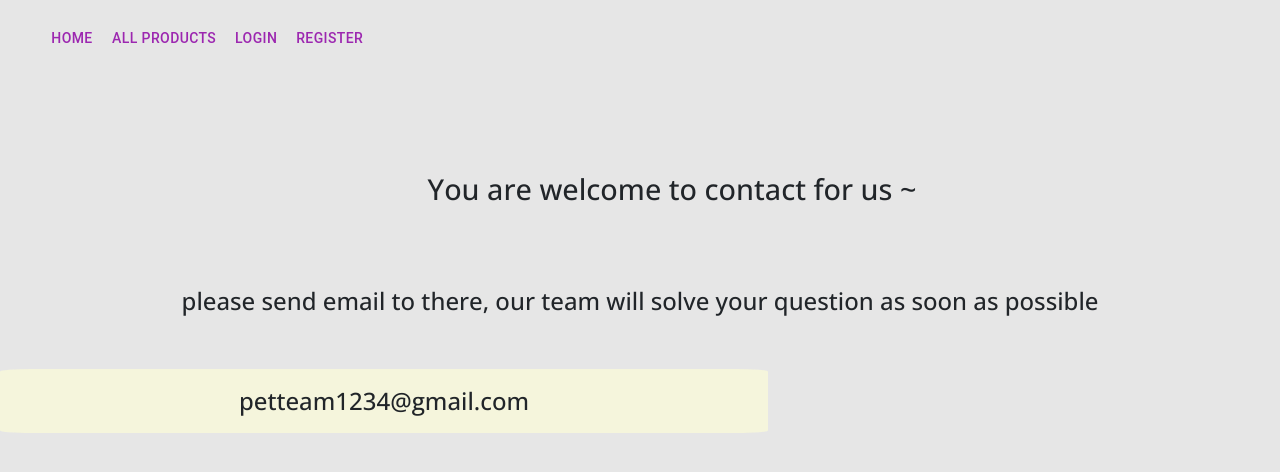
Repository: dzwfighting/pet
Page: /contact
An editor plug-in stored every save of this project. The page is shown before and after the next save, followed by the edit.
The browser window is 1280 px wide. The pictures show the whole page.
The project was rebuilt for these pictures with package versions that can differ from the ones it lists, and the page was loaded fresh each time. Also part of the build but not shown: src/components/homeComponent.js, src/components/Layout.js, src/components/checkoutComponent.js, src/fake-data/products.js, src/styles/css/cart.css, src/components/ShopCartComponent.js, src/components/productsDetail.js, src/manipulate/checkValid.js and 10 more.

Above is the page before, as saved 2023-08-20 10:17:13.

### src/index.js
import React from "react";
import ReactDOM from "react-dom/client";
import "./index.css";
import App from "./App";
import { Provider } from "react-redux";
import store from "./manipulate/store";
import reportWebVitals from "./reportWebVitals";

const root = ReactDOM.createRoot(document.getElementById("root"));
root.render(
  <Provider store={store}>
    <React.StrictMode>
      <App />
    </React.StrictMode>
  </Provider>
);

// If you want to start measuring performance in your app, pass a function
// to log results (for example: reportWebVitals(console.log))
// or send to an analytics endpoint. Learn more: https://bit.ly/CRA-vitals
reportWebVitals();

### src/App.js
import "./App.css";
import { BrowserRouter, Routes, Route } from "react-router-dom";
import Layout from "./components/Layout";
import Checkout from "./components/checkoutComponent";
import ShopCart from "./components/ShopCartComponent";
import ProductsDetail from "./components/productsDetail";
import Register from "./components/Register";
import Login from "./components/Login";
import Error from "./components/Error";
import Collections from "./components/Collections";
import Contactus from "./components/Contactus";
import Products from "./components/Products";

function App() {
  return (
    <BrowserRouter>
      <Routes>
        <Route path="/" element={<Layout />} />
        <Route path="checkout" element={<Checkout />} />
        <Route path="shopcart" element={<ShopCart />} />
        <Route path="contact" element={<Contactus />} />
        <Route path="products" element={<Products />} />
        <Route path="products/:id" element={<ProductsDetail />} />
        <Route path="register" element={<Register />} />
        <Route path="login" element={<Login />} />
        <Route path="error/:message" element={<Error />} />
        <Route path="collections" element={<Collections />} />
      </Routes>
    </BrowserRouter>
  );
}

export default App;

### src/manipulate/store.js
import { createStore } from "redux";
import rootReducer from "./reducer";

export default createStore(rootReducer);

### src/components/Contactus.js
import React from "react";
import NavComponent from "./navComponent";
import Container from "react-bootstrap/Container";
import Row from "react-bootstrap/Row";
import Col from "react-bootstrap/Col";
import "../styles/css/contact.css";
import cat11 from "../styles/images/cat11-removebg-preview.png";

const Contactus = () => {
  return (
    <div>
      <NavComponent />
      <div className="contactContainerSet">
        <h3>You are welcome to contact for us ~</h3>
        <p>
          please send email to there, our team will solve your question as soon
          as possible
        </p>
        <div className="emailBlock">petteam1234@gmail.com</div>
      </div>
    </div>
  );
};

export default Contactus;

### src/manipulate/reducer.js
import users from "../fake-data/users";

const initialState = {
  curUser: null,
  // cartItems: [],
  // totalQuantity: 0,
  // totalAmount: 0,
  // collectItems: [],
};

const rootReducer = (state = initialState, action) => {
  switch (action.type) {
    case "LOGIN":
      return {
        ...state,
        curUser: action.payload,
      };
    case "LOGOUT":
      return {
        ...state,
        curUser: null,
      };
    case "REGISTER":
      users.push(action.payload);
      return {
        ...state,
        curUser: action.payload,
      };
    // case "ADDCART":
    //   const newItem = action.payload;
    //   const existItem = state.cartItems.find((item) => item.id === newItem.id);
    //   state.totalQuantity++;
    //   if (!existItem) {
    //     state.cartItems.push({
    //       id: newItem.id,
    //       title: newItem.title,
    //       iamge: newItem.image,
    //       price: newItem.price,
    //       quantity: 1,
    //       totalPrice: newItem.price,
    //     });
    //   } else {
    //     existItem.quantity++;
    //     existItem.totalPrice =
    //       Number(existItem.totalPrice) + Number(newItem.price);
    //   }

    //   state.totalAmount = state.cartItems.reduce(
    //     (total, item) => total + Number(item.price) * Number(item.quantity),
    //     0
    //   );
  }
  return state;
};
export default rootReducer;

### src/components/navComponent.js
import React, { useEffect } from "react";
import { Link, useNavigate } from "react-router-dom";
import Button from "@mui/material/Button";
import { useDispatch, useSelector } from "react-redux";
import { logout } from "../manipulate/action";

const NavComponent = () => {
  const curUser = useSelector((state) => state.curUser);
  const dispatch = useDispatch();
  const navigate = useNavigate();

  const handleLogout = () => {
    dispatch(logout());
    navigate("/");
  };

  // console.log(curUser);

  return (
    <div style={{ marginLeft: "40px", marginTop: "20px", marginRight: "40px" }}>
      <Link to="/" style={{ textDecoration: "none" }}>
        <Button color="secondary">Home</Button>
      </Link>

      <Link
        to="/products"
        state={{ category: "all" }}
        style={{ textDecoration: "none" }}
      >
        <Button color="secondary">All Products</Button>
      </Link>
      {curUser ? (
        <Link to="/shopcart" style={{ textDecoration: "none" }}>
          <Button color="secondary">Shop Cart</Button>
        </Link>
      ) : (
        <a />
      )}
      {curUser ? (
        <Link to="/collections" style={{ textDecoration: "none" }}>
          <Button color="secondary">Collections</Button>
        </Link>
      ) : (
        <a />
      )}
      {/* {curUser ? (
        <Link to="/checkout" style={{ textDecoration: "none" }}>
          <Button color="secondary">Check Out </Button>
        </Link>
      ) : (
        <a />
      )} */}
      {curUser ? (
        <Button color="secondary" onClick={handleLogout}>
          Logout
        </Button>
      ) : (
        <Link to="/login" style={{ textDecoration: "none" }}>
          <Button color="secondary">Login</Button>
        </Link>
      )}
      {curUser ? (
        <a />
      ) : (
        <Link to="/register" style={{ textDecoration: "none" }}>
          <Button color="secondary">Register</Button>
        </Link>
      )}
    </div>
  );
};

export default NavComponent;

### src/fake-data/users.js
let users = [
  {
    email: "user1@gmail.com",
    password: "123456",
    collections: ["11"],
    cart: [{ proId: "11", cnt: "2" }],
    uploads: [
      "https://images.unsplash.com/photo-1526336024174-e58f5cdd8e13?ixlib=rb-4.0.3&ixid=M3wxMjA3fDB8MHxwaG90by1wYWdlfHx8fGVufDB8fHx8fA%3D%3D&auto=format&fit=crop&w=1887&q=80",
    ],
  },
  {
    email: "user2@gmail.com",
    password: "123456",
    collections: ["12", "13"],
    cart: [
      { proId: "12", cnt: "1" },
      { proId: "13", cnt: "2" },
    ],
    uploads: [
      "https://images.unsplash.com/photo-1526336024174-e58f5cdd8e13?ixlib=rb-4.0.3&ixid=M3wxMjA3fDB8MHxwaG90by1wYWdlfHx8fGVufDB8fHx8fA%3D%3D&auto=format&fit=crop&w=1887&q=80",
      "https://images.unsplash.com/photo-1542650507-17d51cecbbb5?ixlib=rb-4.0.3&ixid=M3wxMjA3fDB8MHxwaG90by1wYWdlfHx8fGVufDB8fHx8fA%3D%3D&auto=format&fit=crop&w=1942&q=80",
    ],
  },
];

let findUser = (email) => {
  let userIdx = 0;
  for (let i = 0; i < users.length; i++) {
    if (users[i].email === email) {
      userIdx = i;
      break;
    }
  }
  return userIdx;
};

export const findUserData = (email) => {
  let userIdx = findUser(email);
  return users[userIdx];
};

export let addCollect = (email, collect) => {
  let userIdx = findUser(email);

  // console.log("add succes");
  users[userIdx].collections.push(collect);
  console.log(users[userIdx]);
  return users[userIdx];
};

export let deleteCollect = (email, delId) => {
  let userIdx = findUser(email);

  let delIdx = 0;
  for (let i = 0; i < users[userIdx].collections.length; i++) {
    if (users[userIdx].collections[i] === delId) {
      delIdx = i;
      break;
    }
  }

  users[userIdx].collections.splice(delIdx, 1);
  console.log("del success");
  console.log(users[userIdx].collections);
  return users[userIdx];
};

export let addCart = (email, addId) => {
  let userIdx = findUser(email);
  let ifFind = false;
  for (let i = 0; i < users[userIdx].cart.length; i++) {
    if (users[userIdx].cart[i].proId === addId) {
      ifFind = true;
      users[userIdx].cart[i].cnt = (
        Number(users[userIdx].cart[i].cnt) + 1
      ).toString();
      break;
    }
  }

  if (!ifFind) {
    users[userIdx].cart.push({ proId: addId, cnt: "1" });
  }
  console.log(users[userIdx]);
  return users[userIdx];
};

export const delCart = (email, delId) => {
  let userIdx = findUser(email);
  for (let i = 0; i < users[userIdx].cart.length; i++) {
    if (users[userIdx].cart[i].proId === delId) {
      users[userIdx].cart.splice(i, 1);
      break;
    }
  }
  console.log(users[userIdx]);
  return users[userIdx];
};

export const delOnePro = (email, delId) => {
  let userIdx = findUser(email);
  console.log(delId);
  console.log(users[userIdx]);
  for (let i = 0; i < users[userIdx].cart.length; i++) {
    if (users[userIdx].cart[i].proId === delId) {
      console.log("start delete");
      let delOne = Number(users[userIdx].cart[i].cnt) - 1;
      console.log(delOne);
      if (delOne == 0) {
        delCart(email, delId);
        break;
      } else {
        users[userIdx].cart[i].cnt = delOne.toString();
        break;
      }
    }
  }
  console.log(users[userIdx]);
  return users[userIdx];
};
export default users;

### src/styles/css/prodetail.css
@import url("https://fonts.googleapis.com/css2?family=Open+Sans:wght@500&display=swap");
.detailcard {
  display: flex;
  position: relative;
  font-family: "Open Sans", sans-serif;
  width: 100vw;
  left: 1vw;
  right: 1vw;
}
.detailcardimg {
  width: 25vw;
  height: 40vw;
}
.detailcontent {
  width: 66vw;
}
.detailcontent h2 {
  margin-bottom: 1vw;
}
.detailcontent p {
  margin-left: 1vw;
  text-align: left;
  padding-right: 1vw;
  padding-bottom: 1vw;
  width: 66vw;
  font-size: 1rem;
}

@media screen and (min-width: 1105px) {
  .detailcardimg {
    width: 300px;
    height: 380px;
  }
  .detailfinalBtn {
    margin-top: -5px;
  }
}

@media screen and (min-width: 917px) and (max-width: 1105px) {
  .detailcardimg {
    width: 28vw;
    height: 450px;
  }
  .detailcontent {
    width: 27vw;
  }
  .detailcontent h2 {
    font-size: 1rem;
  }
  .detailcontent p {
    font-size: 0.8rem;
  }
  .detailfinalBtn {
    margin-top: 5px;
  }
}

@media screen and (min-width: 771px) and (max-width: 917px) {
  /* .detailcardimg {
    width: 28vw;
    height: 45vw;
  } */
  .detailcontent h2 {
    margin-bottom: 5px;
    font-size: 1rem;
  }
  .detailcontent p {
    margin-left: 5px;
    padding-right: 5px;
    padding-bottom: 0px;
    width: 66vw;
    font-size: 0.7rem;
  }
}
@media screen and (min-width: 615px) and (max-width: 771px) {
  .detailcardimg {
    width: 20vw;
    height: 30vw;
  }
  .detailcontent h2 {
    margin-bottom: 5px;
    font-size: 0.9rem;
  }
  .detailcontent p {
    margin-left: 5px;
    padding-right: 0;
    padding-bottom: 0px;
    width: 66vw;
    font-size: 0.5rem;
  }
}
@media screen and (min-width: 480px) and (max-width: 615px) {
  .detailcard {
    display: block;
  }
  .detailcardimg {
    position: relative;
    left: 2%;
    width: 25vw;
    height: 35vw;
  }
  .detailcontent {
    width: 95vw;
  }
  .detailcontent h2 {
    width: 95vw;
    margin-left: 0;
    margin-bottom: 2px;
    font-size: 0.9rem;
  }
  .detailcontent p {
    margin-left: 2px;
    padding-right: 0;
    padding-bottom: 0px;
    width: 90vw;
    font-size: 0.7rem;
  }
  .detailfinalBtn {
    font-size: 0.7rem;
  }
}
@media screen and (min-width: 200px) and (max-width: 480px) {
  .detailcard {
    display: block;
  }
  .detailcardimg {
    position: relative;
    left: 2%;
    width: 25vw;
    height: 35vw;
  }
  .detailcontent {
    width: 95vw;
  }
  .detailcontent h2 {
    width: 90vw;
    margin-left: 0;
    margin-bottom: 2px;
    font-size: 0.9rem;
  }
  .detailcontent p {
    margin-left: 2px;
    padding-right: 0;
    padding-bottom: 0px;
    width: 90vw;

    font-size: 0.7rem;
  }
  .detailfinalBtn {
    font-size: 0.7rem;
  }
}

### src/manipulate/action.js
export const login = (user) => ({
  type: "LOGIN",
  payload: user,
});

export const logout = () => ({
  type: "LOGOUT",
});

export const register = (newUser) => ({
  type: "REGISTER",
  payload: newUser,
});

// export const addToCart = (item) => ({
//   type: "ADDTOCART",
//   payload: item,
// });

// export const deleteFromCard = (item) => ({
//   typeof: "DELETEFROMCART",
//   payload: item,
// });

// export const addToCollect = (item) => ({
//   type: "ADDTOCOLLECT",
//   payload: item,
// });

// export const deleteFromColllect = (item) => ({
//   type: "DELETEFROMCOLLECT",
//   payload: item,
// });

### src/styles/css/login.css
@import url("https://fonts.googleapis.com/css2?family=Open+Sans:wght@500&display=swap");
.formSet {
  display: flex;
  margin-left: 5%;
  align-items: center;
  font-family: "Open Sans", sans-serif;
}
.lableSet {
  font-size: 2rem;
}

.inputSet {
  font-size: 1rem;
  width: 800px;
}

.loginbtnSet {
  align-items: center;
  justify-content: center;
  width: 100px;
  height: 40px;
  /* font-size: 1.1rem; */
}
.pSet {
  font-size: 1.2rem;
}

@media screen and (min-width: 1025px) {
  .formSet {
    display: flex;
    margin-left: 5%;
    align-items: center;
    font-family: "Open Sans", sans-serif;
  }
  .lableSet {
    font-size: 2rem;
  }

  .inputSet {
    text-align: left;
    font-size: 1rem;
    width: 600px !important;
  }
  .loginbtnSet {
    height: 35px !important;
  }

  .regSet {
    width: 100px !important;
    padding-top: 6px;
    height: 37px !important;
  }
  .loginbtnSet p {
    width: 70px;
  }
  .pSet {
    font-size: 1.2rem !important;
  }
}
@media screen and (min-width: 769px) and (max-width: 1024px) {
  .formSet {
    display: flex;
    margin-left: 5%;
    align-items: center;
    font-family: "Open Sans", sans-serif;
  }
  .lableSet {
    font-size: 1.5rem;
  }
  .inputSet {
    font-size: 0.9rem !important;
    width: 700px !important;
  }
  .loginbtnSet {
    width: 65px;
    height: 38px;
    font-size: 0.9rem;
  }

  .regSet {
    width: 80px;
    padding-left: 6px;
    height: 38px;
  }
  .regSet p {
    margin-left: 2px;
    font-size: 0.9rem;
  }
  .pSet {
    font-size: 1rem;
  }
}
@media screen and (min-width: 481px) and (max-width: 768px) {
  .formSet {
    display: flex;
    margin-left: 5%;
    align-items: center;
    font-family: "Open Sans", sans-serif;
  }
  .lableSet {
    font-size: 1.5rem;
  }
  .inputSet {
    font-size: 0.9rem !important;
    width: 700px !important;
  }
  .loginbtnSet {
    width: 70px;
    /* padding-top: 1px;
    padding-left: 21px; */
    height: 38px;
    font-size: 0.9rem;
  }
  .regSet {
    width: 88px;
    /* padding-top: 2px;
    padding-left: 25px; */
    height: 37px;
    font-size: 0.9rem;
  }
}
@media screen and (max-width: 481px) {
  .formSet {
    display: flex;
    margin-left: 5%;
    align-items: center;
    font-family: "Open Sans", sans-serif;
    margin-top: 50px !important;
  }
  .lableSet {
    font-size: 1rem;
  }
  .inputSet {
    font-size: 0.8rem;
    width: 200px;
    height: 40px;
  }
  .loginbtnSet {
    align-items: center;
    justify-content: center;
    width: 56px;
    height: 28px;
    font-size: 0.7rem;
  }
  .pSet {
    font-size: 0.8rem;
  }
  .regSet {
    width: 66px;
    /* padding-left: 16px; */
    height: 30px;
    font-size: 0.7rem;
  }
}

### src/styles/css/contact.css
@import url("https://fonts.googleapis.com/css2?family=Open+Sans:wght@500&display=swap");
.contactContainerSet h3 {
  display: flex;
  justify-content: center;
  align-items: center;
  font-family: "Open Sans", sans-serif;
  margin-top: 9%;
  margin-left: 5%;
  font-size: 1.8rem;
}
.contactContainerSet p {
  text-align: center;
  font-family: "Open Sans", sans-serif;
  margin-top: 6%;
  font-size: 1.5rem;
}

.emailBlock {
  display: flex;
  align-items: center;
  text-align: center;
  justify-content: center;
  font-family: "Open Sans", sans-serif;
  width: 60vw;
  height: 5vw;
  background-color: beige;
  border-radius: 4%;
  font-size: 1.5rem;
  margin-top: 50px;
}

@media screen and (min-width: 769px) and (max-width: 1024px) {
  .contactContainerSet h3 {
    display: flex;
    justify-content: center;
    align-items: center;
    width: calc(100% - 10px);
    font-family: "Open Sans", sans-serif;
    margin-top: 9%;
    font-size: 2rem;
    font-weight: 900;
  }
  .contactContainerSet {
    display: flex;
    justify-content: center;
    align-items: center;
    text-align: center;
  }
  .contactContainerSet p {
    display: flex;
    justify-content: center;
    align-items: center;
    text-align: center;
    font-family: "Open Sans", sans-serif;
    margin-left: 110px;
    width: calc(100%);
    font-size: 1.2rem;
  }
  .imgSet {
    width: auto;
    height: 55%;
    margin-top: -55px;
  }
  .emailBlock {
    display: flex;
    justify-content: center;
    align-items: center;
    font-family: "Open Sans", sans-serif;
    width: calc(100% - 10px);
    height: 50px;
    background-color: beige;
    border-radius: 4%;
    margin-left: 110px;

    /* margin-top: -33px; */
  }

  .emailP {
    margin-left: 30px;
    margin-bottom: 43px;
    padding-top: 3%;
    font-size: 1.2rem;
  }
}
@media screen and (min-width: 481px) and (max-width: 768px) {
  .contactContainerSet h3 {
    display: flex;
    justify-content: center;
    align-items: center;
    font-family: "Open Sans", sans-serif;
    margin-top: 9%;
    font-size: 1.5rem;
    font-weight: 900;
    margin-left: 5px;
    margin-right: 5px;
  }
  .contactContainerSet {
    display: flex;
    justify-content: center;
    align-items: center;
  }
  .contactContainerSet p {
    display: flex;
    justify-content: center;
    align-items: center;
    text-align: center;
    font-family: "Open Sans", sans-serif;
    width: 450px;
    margin-top: 6%;
    font-size: 1rem;
    /* margin-left: 80px; */
    /* margin-right: 5px; */
  }
  .imgSet {
    width: auto;
    height: 60%;
    margin-top: -45px;
  }
  .emailBlock {
    display: flex;
    justify-content: center;
    align-items: center;
    font-family: "Open Sans", sans-serif;
    width: 300px;
    height: 35px;
    background-color: beige;
    border-radius: 4%;
    margin-left: 60px;
  }
  .emailP {
    margin-left: 10px;
    margin-bottom: 25px;
    padding-top: 3%;
  }
}
@media screen and (max-width: 480px) {
  .contactContainerSet h3 {
    justify-content: center;
    align-items: center;
    font-family: "Open Sans", sans-serif;
    margin-top: 9%;
    font-size: 1.1rem;
    /* font-weight: 900; */
    /* margin-left: 10px;
    margin-right: 10px; */
  }
  .contactContainerSet {
    /* display: flex; */
    justify-content: center;
    align-items: center;
    background-color: white;
    border-radius: 1%;
    width: 90vw;
  }
  .contactContainerSet p {
    width: 300px;
    text-align: center;
    font-family: "Open Sans", sans-serif;
    margin-top: 6%;
    font-size: 1rem;
    /* margin-left: 10px;
    margin-right: 10px; */
  }
  .imgSet {
    width: auto;
    height: 60%;
    margin-top: -35px;
  }
  .emailBlock {
    display: flex;
    justify-content: center;
    align-items: center;
    font-family: "Open Sans", sans-serif;
    width: 250px;
    height: 35px;
    background-color: beige;
    border-radius: 4%;
    margin-left: 20px;
  }
  .emailP {
    margin-left: 10px;
    margin-bottom: 25px;
    padding-top: 5%;
  }
}

### src/styles/css/categories.css
@import url("https://fonts.googleapis.com/css2?family=Open+Sans:wght@500&display=swap");
.cardSet {
  /* margin-left: -18%; */
  position: relative;

  font-family: "Open Sans", sans-serif !important;
  /* margin-right: -20% */
}
.cSet {
  position: relative;
  right: 10%;

  /* width: 100vw; */
  justify-content: center;
}
.imgSet {
  width: 100vw !important;
}
.linkFont {
  font-size: 1.5em;
  margin-top: -50px;
}

@media screen and (min-width: 1025px) {
}
@media screen and (min-width: 769px) and (max-width: 1024px) {
  .cardSet {
    display: flex !important;
    align-items: center !important;
    justify-content: center !important;
    text-align: center !important;
    /* margin-left: -18%; */
  }
  .linkFont {
    font-size: 1.2em;
    margin-top: -50px;
  }
  .imgSet {
    width: 701px !important;
  }
}
@media screen and (min-width: 481px) and (max-width: 768px) {
  .cardSet {
    display: flex !important;
    align-items: center !important;
    justify-content: center !important;
    text-align: center !important;
    margin-left: -16%;
    /* margin-right: -20% */
  }
  .linkFont {
    font-size: 1.2em;
    margin-top: 1px !important;
  }

  .imgSet {
    width: 401px !important;
  }
}
@media screen and (max-width: 480px) {
  .cardSet {
    display: flex !important;
    align-items: center !important;
    justify-content: center !important;
    text-align: center !important;
  }
  .imgSet {
    width: 310px !important;
  }
  .linkFont {
    font-size: 1em;
    margin-top: 10px;
  }
}

Loaded but not shown: public/index.html (common file); src/index.css (common file); src/reportWebVitals.js (common file); src/App.css (common file); src/styles/allproducts.css (no stored copy; drawn as an empty file)

After the next save:
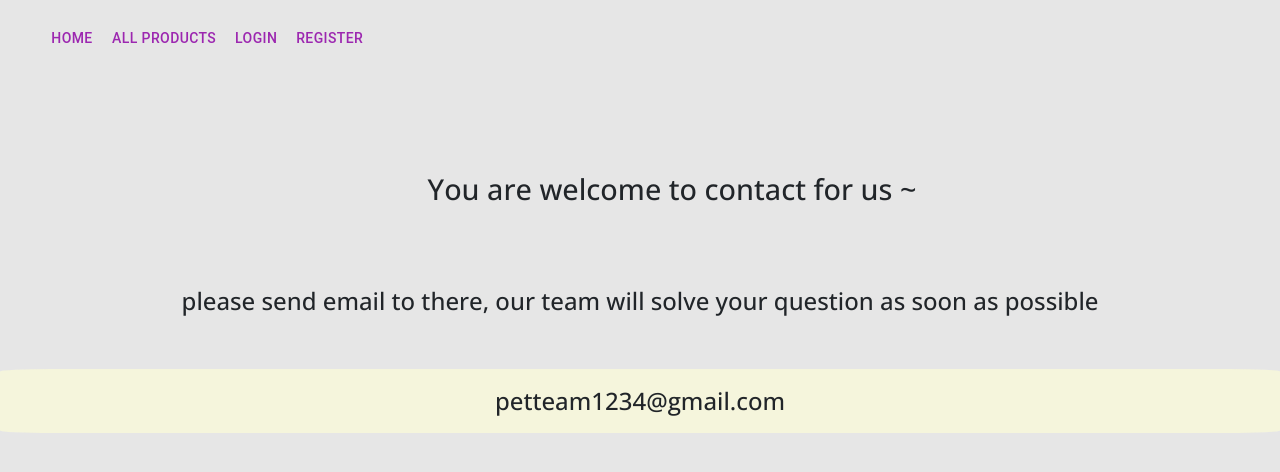
Saved 27 s later.
--- a/src/styles/css/contact.css
+++ b/src/styles/css/contact.css
@@ -21,7 +21,7 @@
   text-align: center;
   justify-content: center;
   font-family: "Open Sans", sans-serif;
-  width: 60vw;
+  /* width: 60vw; */
   height: 5vw;
   background-color: beige;
   border-radius: 4%;
